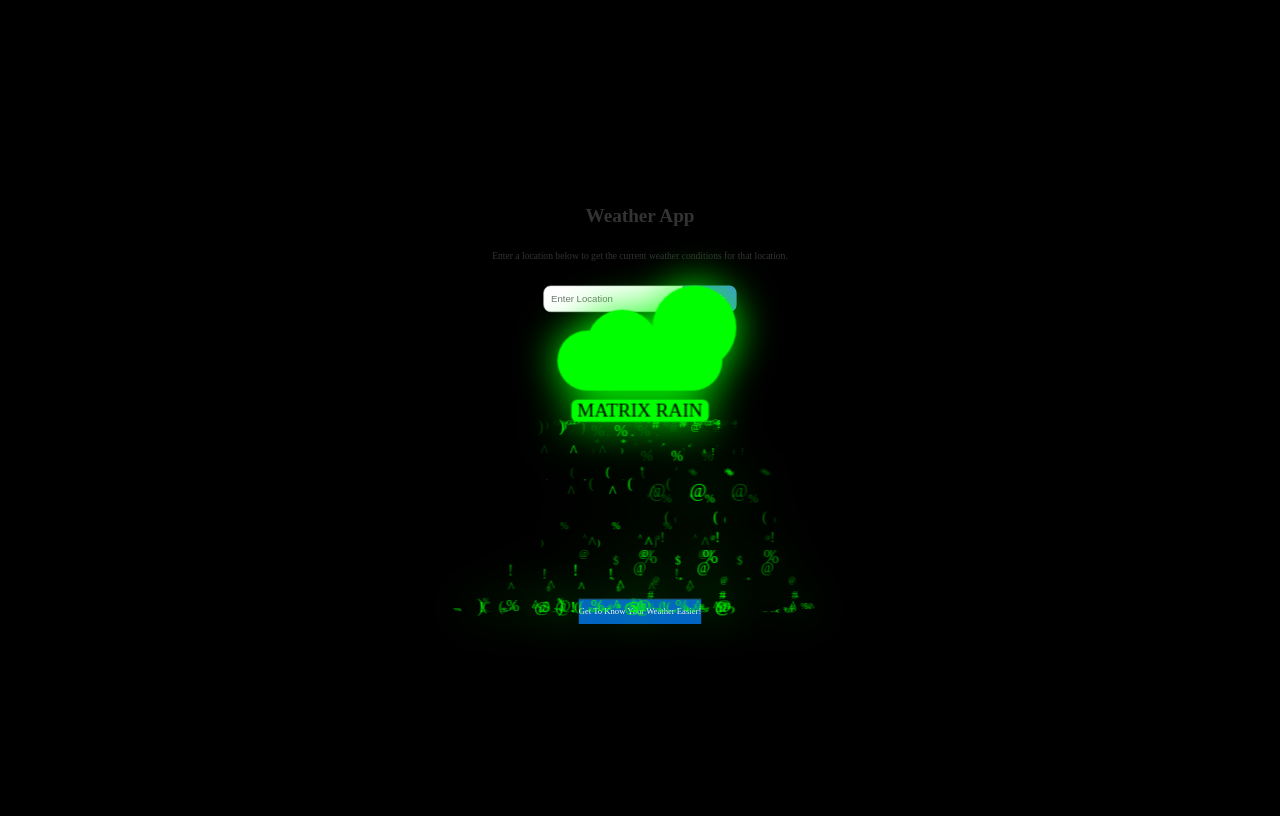
Repository: AlaaYou/Weather-App
Page: index.html
The author's editor kept a copy of each file at every save. The page is drawn from the files as they stood at one save, then again after the next save.
The browser window is 1280 px wide. The pictures show the whole page.

Above is the page before, as saved 2024-10-20 23:40:41.

### index.html
<!DOCTYPE html>
<html lang="en">
  <head>
    <meta charset="UTF-8" />
    <meta name="viewport" content="width=device-width, initial-scale=1.0" />
    <link rel="stylesheet" href="styles.css" />
    <title>Weather App</title>
  </head>
  <body>
    <!-- Header -->
    <header>
      <h1>Weather App</h1><br>
      <p>
        Enter a location below to get the current weather conditions for that
        location.
      </p>
    </header>
    <!-- main content -->
    <main>
      <!-- search box -->
      <section class="search-box">
        <input type="text" id="location-input" placeholder="Enter Location" />

        <button id="search-button">Search</button>
      </section>
      <!-- errror /loading -->
      <div id="loading" style="display: none">Loading...</div>
      <div id="error" style="display: none">Error data Not Found</div>
      <!-- weather content -->
      <section
        class="weather-display"
        id="weather-display"
        style="display: none"
      >
        <div class="temp-display"><span id="temperature">--</span> °C</div>
        <div class="condition-display">
          <span id="condition">--</span>
        </div>

        <!-- condition info -->
        <div class="condition-info">
          <span id="wind-speed">Wind Speed: --</span>
          <span id="humidity">Humidity: --</span>
        </div>
      </section>
      <div class="container">
        <div class="cloud">
            <h2>Matrix Rain</h2>
        </div>
    </div>
    </main>
    <!-- footer -->
    <footer>
      <p>Get To Know Your Weather Easier!</p>
    </footer>
    <!-- js goes here -->
    <script src="script.js"></script>
  </body>
</html>

### styles.css
@import url('https://fonts.googleapis.com/css2?family=Poppins:ital,wght@0,100;0,200;0,300;0,400;0,500;0,600;0,700;0,800;0,900;1,100;1,200;1,300;1,400;1,500;1,600;1,700;1,800;1,900&display=swap');

body,
h1,
:root{
  --clr: #0f0;
}

p {
  margin: 0;
  padding: 0;
}

body {
  display: flex;
  flex-direction: column;
  min-height: 90vh;
  background-color: #f0f1f6;
  padding: 40px 0;
  color: #333;
  justify-content: center;
  align-items: center;
  min-height: 100vh;
  background: #000;
  transform: scale(0.6);
}

main {
  flex-grow: 1;
}

header {
  text-align: center;
  margin-bottom: 20px;
}

.search-box {
  display: flex;
  justify-content: center;
  align-items: center;
  margin: 20px 0;
}

input[type="text"] {
  padding: 12px;
  border: 1px solid #ccc;
  border-radius: 12px 0 0 12px;
  font-size: 1em;
  width: auto;
  margin-right: -1px;
}
button {
  background-color: #4a90e3;
  color: #ffff;
  border: none;
  border-radius: 0 12px 12px 0;
  padding: 13px 20px;
  cursor: pointer;
  font-size: 1em;
  transition: background-color 0.3s ease;
}

button:hover {
  background-color: #035dcb;
}

/* Weather content */
.weather-display {
  text-align: center;
  padding: 20px;
}

.temp-display,
.condition-display {
  font-size: 2.5em;
  margin-bottom: 10px;
}

.condition-info span {
  margin-right: 15px;
  font-size: 1.2em;
}

#loading,
#error {
  text-align: center;
  font-size: 1.2em;
  margin-top: 20px;
}
#loading {
  color: #4a90e3;
}
#error {
  color: red;
}
footer {
  text-align: center;
  background-color: #035dcb;
  color: #ffff;
  padding: 12px 0;
  border-top: 1px solid #333;
  font-size: 0.9em;
}
.container {
  position: relative;
  top: 100px;
  height: 400px;
  width: 100%;
  display: flex;
  justify-content: center;
  animation: animateColor 5s linear infinite ;
}

@keyframes animateColor {
  0%{
      filter: hue-rotate(0deg);
  }
  100%{
      filter: hue-rotate(360deg);
  }
}

.container .cloud {
  position: relative;
  width: 300px;
  /* height: 300px; */
  z-index: 100;
  filter: drop-shadow(0 0 35px var(--clr));
}

.container .cloud h2 {
  position: absolute;
  left: 50%;
  transform: translateX(-50%);
  white-space: nowrap;
  color: #000;
  font-size: 2em;
  z-index: 1000;
  font-weight: 400;
  padding:0 10px;
  border-radius: 10px;
  text-transform: uppercase;
  background: var(--clr);
}

.container .cloud h2::before {
  content: '';
  position: absolute;
  top: -115px;
  left: 50%;
  transform: translateX(-50%);
  border-radius: 100px;
  width: 120%;
  height: 100px;
  background: var(--clr);
}

.container .cloud h2::after{
  content: '';
  position: absolute;
  top: -150px;
  left: 25px;
  width: 120px;
  height: 120px;
  border-radius: 50%;
  background: var(--clr);
  box-shadow: 120px -30px 0 10px var(--clr);
}

.container .cloud .drop{
position: absolute;
top: 60px;
height: 20px;
line-height: 20px;
color: var(--clr);
transform-origin: bottom;
animation: animate 2s linear infinite;
}

@keyframes animate {
  0%{
      transform: translateY(0) scaleY(0);
      transform-origin: top;
  }
  10%{
      transform: translateY(0) scaleY(0.25);
      transform-origin: top;
  }
  20%{
      transform: translateY(0) scaleY(1);
      /* transform-origin: top; */
  }

  70%{
      transform: translateY(300px) scaleY(1);
      transform-origin: bottom;
  }
  80%{
      transform: translateY(300px) scaleY(1);
      transform-origin: bottom;
  }
  100%{
      transform: translateY(300px) scaleY(0);
      transform-origin: bottom;
      text-shadow: -180px 0 0 var(--clr), 180px 0 var(--clr);
  }
}

### script.js
async function fetchWeather(location) {
    //api
    const apiKey = "094b545dde613af5667ba10639a224f8";
    const url = `http://api.openweathermap.org/data/2.5/weather?q=${location}&appid=${apiKey}&units=metric`;
    const response = await fetch(url);

    if (response.ok) {
      const data = await response.json();
      return data;
    } else {
      throw new Error("Failed to fetch weather data");
    }
  }
  //Display the weather
  function dispplayWeather(data) {
    console.log(data);
    //select the  DOM
    const weatherDisplay = document.getElementById("weather-display");
    const temperature = document.getElementById("temperature");
    const condition = document.getElementById("condition");
    const windSpeed = document.getElementById("wind-speed");
    const humidity = document.getElementById("humidity");

    temperature.textContent = data.main.temp;
    condition.textContent = data.weather[0].main;
    windSpeed.textContent = `Wind Speed: ${data.wind.speed}m/s`;
    humidity.textContent = `Humidity: ${data.main.humidity}%`;
    weatherDisplay.style.display = "block";
  }

  function toggleElementVisibility(id, show) {
    const element = document.getElementById(id);
    element.style.display = show ? "block" : "none";
  }

  //DOM content Loaded
  document.addEventListener("DOMContentLoaded", () => {
    const searchButton = document.getElementById("search-button");
    const locationInput = document.getElementById("location-input");
    searchButton.addEventListener("click", async () => {
      toggleElementVisibility("loading", true); //Show loading
      toggleElementVisibility("error", false);

      //get data
      const location = locationInput.value;

      try {
        const weatherData = await fetchWeather(location);
        toggleElementVisibility("loading", false);
        dispplayWeather(weatherData);
        console.log(weatherData);
      } catch (error) {
        toggleElementVisibility("error", true);
        toggleElementVisibility("loading", false);
      }
    });
  });

  function randomText(){
    var text = ("!@#$%^*()")
    letters =text[Math.floor(Math.random() * text.length)];
    return letters;
}

function rain() {
    let cloud = document.querySelector('.cloud');
    let e = document.createElement('div');
    e.classList.add('drop');
    cloud.appendChild(e);

    let left = Math.floor(Math.random() * 300)
    let size = Math.random() * 1.5;
    let duration = Math.random() *1;

    e.innerText = randomText();
    e.style.left = left + 'px';
    e.style.fontSize = 0.5+size +'em';
    e.style.animationDuration = 1+duration+'s';

      setTimeout(function(){
      cloud.removeChild(e)
      },2000)
}

setInterval(function(){
    rain()
},20);

After the next save:
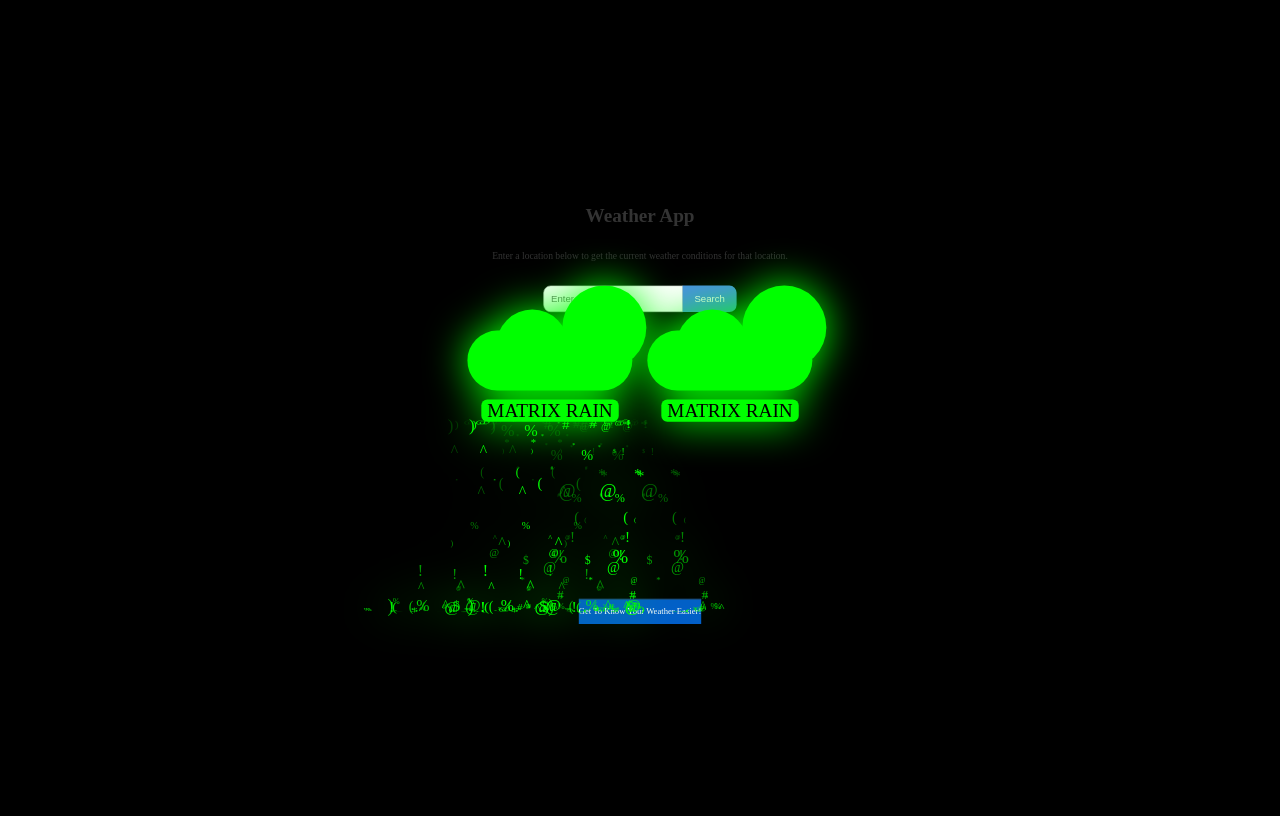
Saved 2 min 21 s later.
--- a/index.html
+++ b/index.html
@@ -44,10 +44,14 @@
         </div>
       </section>
       <div class="container">
-        <div class="cloud">
-            <h2>Matrix Rain</h2>
+        <div class="cloud left-cloud">
+          <h2>Matrix Rain</h2>
         </div>
-    </div>
+        <div class="cloud right-cloud">
+          <h2>Matrix Rain</h2>
+        </div>
+      </div>
+
     </main>
     <!-- footer -->
     <footer>
